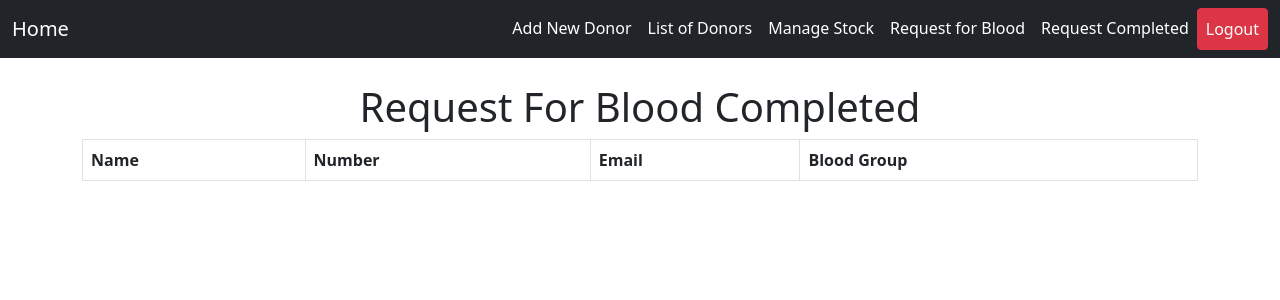
Repository: kshitizJ/Blood-Bank-Management-System-in-jsp
Page: http://localhost/Blood_Bank_Management_System/requestCompleted.jsp
The author's editor kept a copy of each file at every save. The page is drawn from the files as they stood at one save, then again after the next save.
The browser window is 1280 px wide. The pictures show the whole page.
The page is served by Tomcat 9. Queries for data that is not in the repository find no rows.

Above is the page before, as saved 2021-04-28 14:36:36.

### Blood Bank Management System/WebContent/requestCompleted.jsp
<%@page import="java.sql.*"%>
<%@page import="project.ConnectionProvider"%>
<%@include file="header.html"%>
<!DOCTYPE html>
<html lang="en">

<head>
<style>
.container {
	margin-top: 25px;
}
</style>
</head>

<body>
	<div class="container">
		<div class="row">
			<div class="col-12">
				<h1 class="text-center">Request For Blood Completed</h1>
			</div>
			<div class="col-12">
				<table class="table table-bordered table-striped table-hover">
					<thead>
						<tr>
							<th scope="col">Name</th>
							<th scope="col">Number</th>
							<th scope="col">Email</th>
							<th scope="col">Blood Group</th>
						</tr>
					</thead>
					<tbody>
						<tr>
							<%
								try {
								Connection con = ConnectionProvider.getCon();
								Statement st = con.createStatement();
								ResultSet rs = st.executeQuery("select * from bloodrequest where status = 'completed';");
								while (rs.next()) {
							%>
							<td><%=rs.getString(1)%></td>
							<td><%=rs.getString(2)%></td>
							<td><%=rs.getString(3)%></td>
							<td><%=rs.getString(4)%></td>
						</tr>
						<%
							}
						} catch (Exception e) {
						System.out.print(e.getMessage());
						}
						%>
					</tbody>
				</table>
			</div>
		</div>
	</div>
</body>

</html>

### Blood Bank Management System/WebContent/header.html
<!DOCTYPE html>
<html lang="en">
<head>
<meta charset="UTF-8">
<meta http-equiv="X-UA-Compatible" content="IE=edge">
<meta name="viewport" content="width=device-width, initial-scale=1.0">
<title>Admin Panel</title>
<link
	href="https://cdn.jsdelivr.net/npm/bootstrap@5.0.0-beta3/dist/css/bootstrap.min.css"
	rel="stylesheet"
	integrity="sha384-eOJMYsd53ii+scO/bJGFsiCZc+5NDVN2yr8+0RDqr0Ql0h+rP48ckxlpbzKgwra6"
	crossorigin="anonymous">
<link rel="stylesheet" href="style.css" type="text/css" media="screen">
</head>
<body>
	<nav class="navbar sticky-top navbar-expand-lg navbar-dark bg-dark">
		<div class="container-fluid">
			<a class="navbar-brand" href="home.jsp">Home</a>
			<button class="navbar-toggler" type="button"
				data-bs-toggle="collapse" data-bs-target="#navbarNav"
				aria-controls="navbarNav" aria-expanded="false"
				aria-label="Toggle navigation">
				<span class="navbar-toggler-icon"></span>
			</button>
			<div class="collapse navbar-collapse justify-content-end"
				id="navbarNav">
				<ul class="navbar-nav ">
					<li class="nav-item"><a class="nav-link text-white"
						href="addNewDonor.jsp">Add New Donor</a></li>
					<li class="nav-item"><a class="nav-link text-white"
						href="editDeleteList.jsp">List of Donors</a></li>
					<li class="nav-item"><a class="nav-link text-white"
						href="manageStock.jsp">Manage Stock</a></li>
					<li class="nav-item"><a class="nav-link text-white"
						href="requestForBlood.jsp">Request for Blood</a></li>
					<li class="nav-item"><a class="nav-link text-white"
						href="requestCompleted.jsp">Request Completed</a></li>
					<li class="nav-item"><a class="nav-link text-white btn btn-danger"
						href="adminLogin.jsp">Logout</a></li>
				</ul>
			</div>
		</div>
	</nav>
</body>
<script
	src="https://cdn.jsdelivr.net/npm/bootstrap@5.0.0-beta3/dist/js/bootstrap.bundle.min.js"
	integrity="sha384-JEW9xMcG8R+pH31jmWH6WWP0WintQrMb4s7ZOdauHnUtxwoG2vI5DkLtS3qm9Ekf"
	crossorigin="anonymous"></script>

</html>

### Blood Bank Management System/src/project/ConnectionProvider.java
package project;

import java.sql.*;

public class ConnectionProvider {
	public static Connection getCon() {
		try {
			Class.forName("com.mysql.cj.jdbc.Driver");
			Connection con = DriverManager.getConnection("jdbc:mysql://localhost:3306/Blood_Bank_Management_System",
					"root", "Kshitiz123@");
			return con;
		} catch (Exception e) {
			// TODO: handle exception
			System.out.println(e.getMessage());
			return null;
		}
	}
}

### Blood Bank Management System/WebContent/style.css
img {
	width: 100%;
	height: 500px;
}

.logo {
	width: 100px;
	height: 60px;
}

container-fluid {
	padding: 0;
}

After the next save:
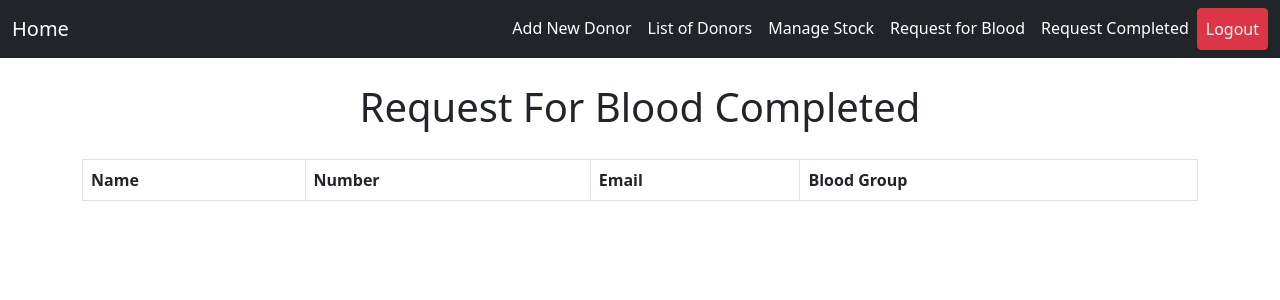
Saved 71 s later.
--- a/Blood Bank Management System/WebContent/requestCompleted.jsp
+++ b/Blood Bank Management System/WebContent/requestCompleted.jsp
@@ -8,6 +8,9 @@
 <style>
 .container {
 	margin-top: 25px;
+}
+.table{
+	margin-top: 20px;
 }
 </style>
 </head>
